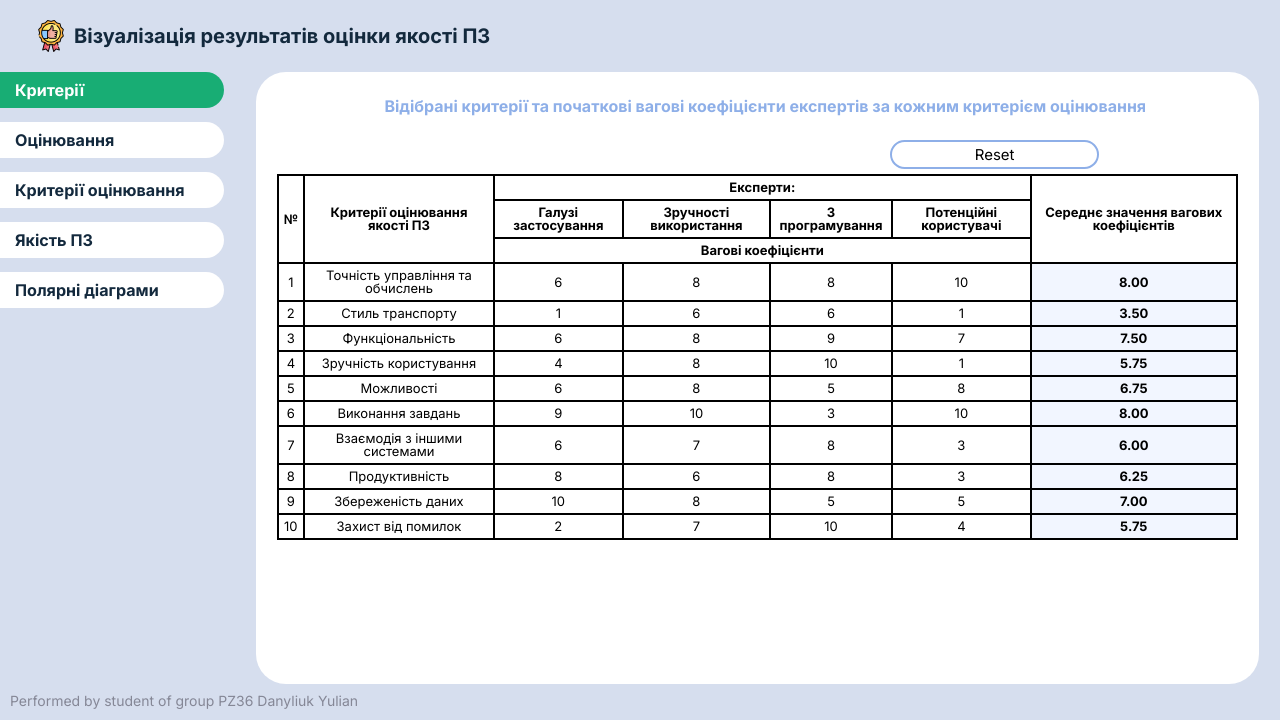
Repository: Akmitliviy/SA
Page: Lab06/lab6/Criteria.html
These files come from the project's save history. The page is drawn as it stood at one moment and after the next save; the edit follows.
The browser window is 1280 px wide. The pictures show the whole page.

Above is the page before, as saved 2023-12-07 00:05:01.

After the next save:
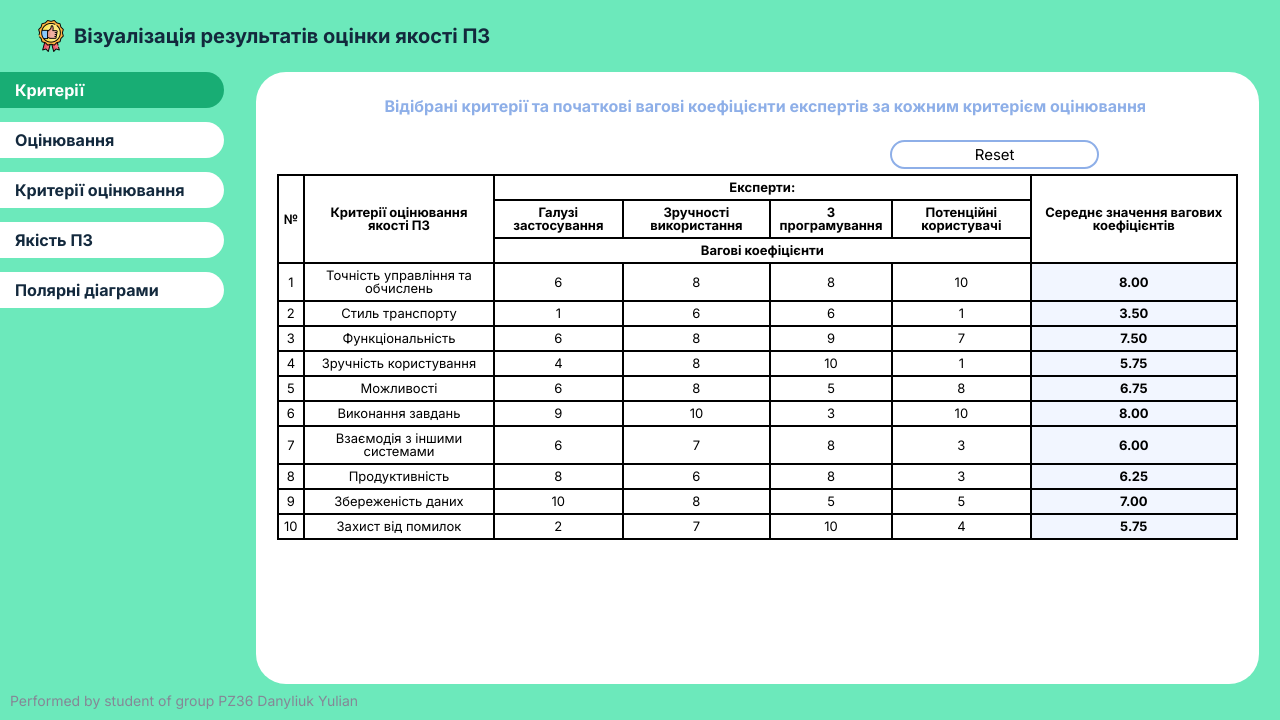
Saved 53 s later.
--- a/Lab06/lab6/css/ResultsVisualization.css
+++ b/Lab06/lab6/css/ResultsVisualization.css
@@ -33,7 +33,7 @@
     h1,h2,h3,h4,h5,h6{font-size:inherit;font-weight: 400;}
 
   body {
-      background-color: #D6DEEE;
+      background-color: rgb(108, 233, 187);
       overflow: hidden; /* Заборона прокрутки на рівні тіла сторінки */
       height: 100%;
       margin: 0;
